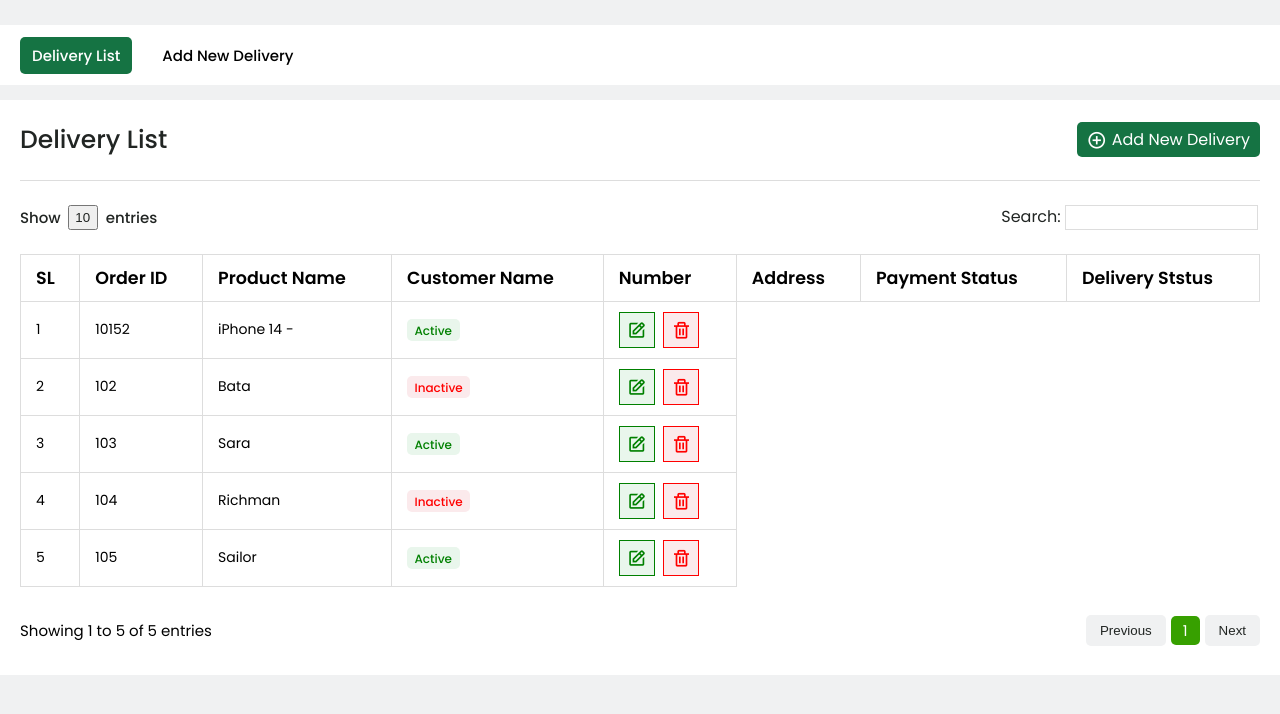
Repository: codebyaddro/delivery-page
Page: delivery.html
These files come from the project's save history. The page is drawn as it stood at one moment and after a run of saves; the edit follows.
The browser window is 1280 px wide. The pictures show the whole page.

Above is the page before, as saved 2025-02-27 13:54:42.

After the next 6 saves:
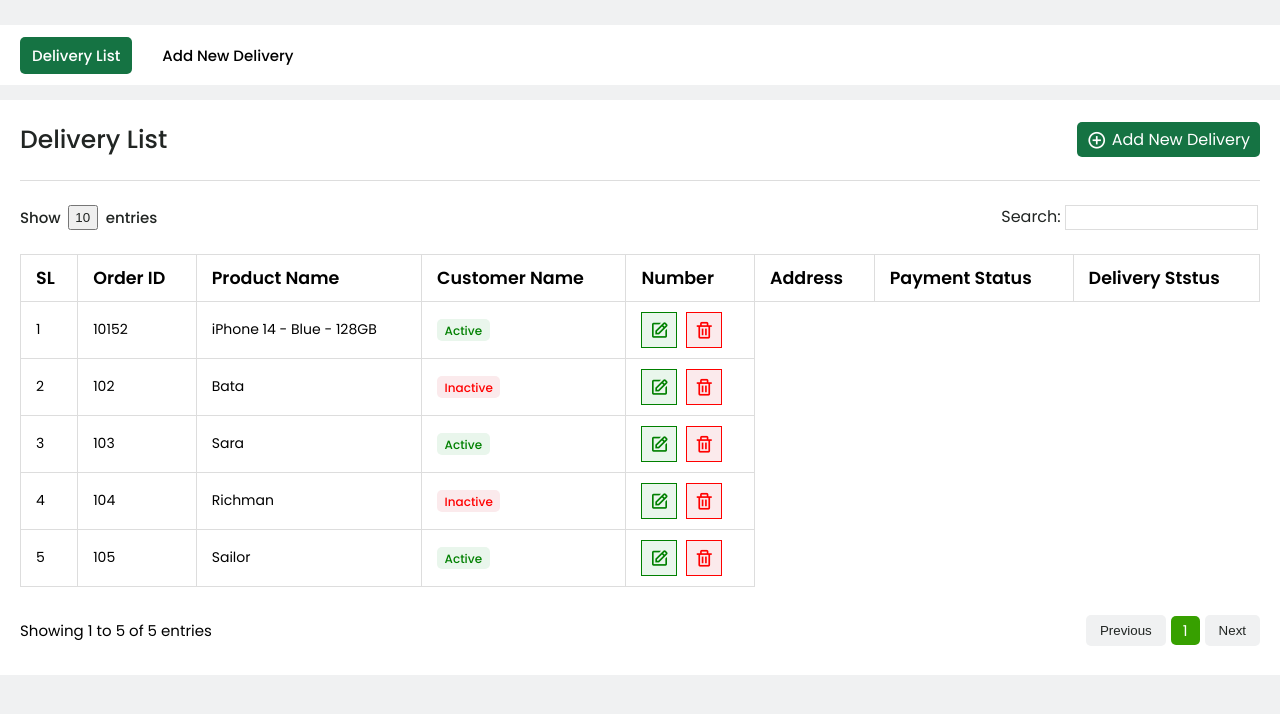
The 6 saves are shown as one change because they came seconds apart.
The last was saved 11 s later.
--- a/delivery.html
+++ b/delivery.html
@@ -58,7 +58,7 @@
                         <tr>
                             <td>1</td>
                             <td>10152</td>
-                            <td>iPhone 14 - </td>
+                            <td>iPhone 14 - Blue - 128GB</td>
                             <td><span class="active">Active</span></td>
                             <td>
                                 <a title="Edit" href="#"><i class='edit-icon bx bx-edit'></i></a>
